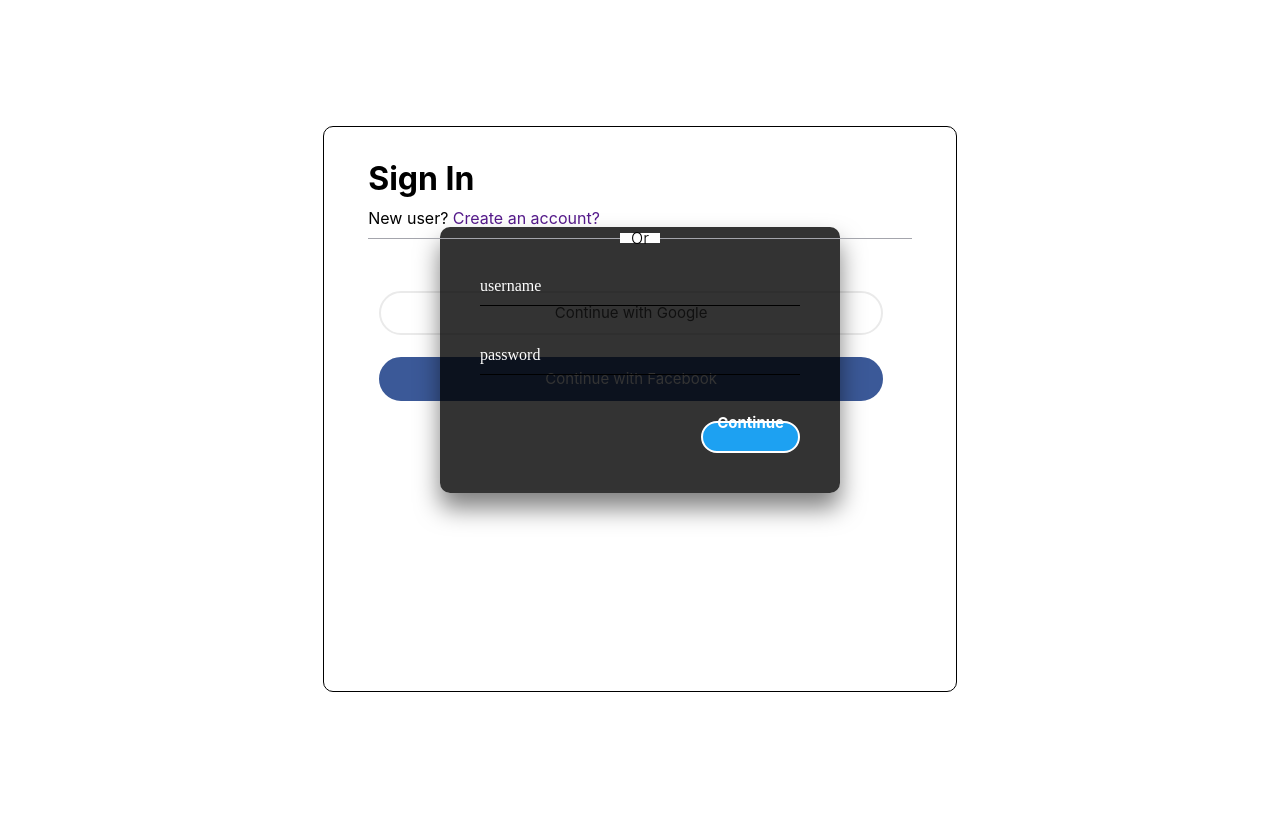
Repository: thangluu93/WereWolf
Page: Template/signIn.html
An editor plug-in stored every save of this project. The page is shown before and after the next save, followed by the edit.
The browser window is 1280 px wide. The pictures show the whole page.

Above is the page before, as saved 2020-01-13 16:59:32.

### Template/signIn.html
<html>

<head>

    <link rel="stylesheet" href="../Stylesheet/signInStyle.css">
</head>

<body id="body1">
    <div class="container" id="container1">
        <div class="containerBody" id="containerBody1">
            <div class="border" id="border1">
                <div class="content" id="content1">
                    <div class="contentHeader">
                        <h1 class="Heading">Sign In</h1>
                        <p class="subHead">New user? <a href="">Create an account?</a></p>
                    </div>
                    <div class="fieldLayout">
                        <div class="box" >
                            <form>
                                <div class="inputBox">
                                    <input type="text" name="" required="">
                                    <label>username</label>
                                </div>
                                <div class="inputBox">
                                    <input type="password" name="" required="">
                                    <label>password</label>
                                </div>
                            </form>
                        <div class="emailContinue">
                            <button class="emailContinueBtn ">
                                <span>Continue</span>
                            </button>
                        </div>
                    </div>
                    <div class="contentFooter">
                        <strong class="line">Or</strong>
                        <div class="socialSignIn" id="socialSignIn1">
                            <a href="" class="googleSignIn">
                                <!-- <svg viewBox="0 0 1152 1152" focusable="false" aria-hidden="true" role="img"
                                class="googleIconSvg">
                                <path
                                    d="M1055.994 594.42a559.973 559.973 0 0 0-8.86-99.684h-458.99V683.25h262.28c-11.298 60.918-45.633 112.532-97.248 147.089v122.279h157.501c92.152-84.842 145.317-209.78 145.317-358.198z"
                                    fill="#4285f4"></path>
                                <path
                                    d="M588.144 1070.688c131.583 0 241.9-43.64 322.533-118.07l-157.5-122.28c-43.64 29.241-99.463 46.52-165.033 46.52-126.931 0-234.368-85.728-272.691-200.919H152.636v126.267c80.19 159.273 245 268.482 435.508 268.482z"
                                    fill="#34a853"></path>
                                <path
                                    d="M315.453 675.94a288.113 288.113 0 0 1 0-185.191V364.482H152.636a487.96 487.96 0 0 0 0 437.724z"
                                    fill="#fbbc05"></path>
                                <path
                                    d="M588.144 289.83c71.551 0 135.792 24.589 186.298 72.88l139.78-139.779C829.821 144.291 719.504 96 588.143 96c-190.507 0-355.318 109.21-435.508 268.482L315.453 490.75c38.323-115.19 145.76-200.919 272.691-200.919z"
                                    fill="#ea4335"></path>
                            </svg> -->
                                <span>Continue with Google</span>
                            </a>
                            <a href="" class="facebookSignIn">
                                <!-- <svg viewBox="0 0 1152 1152" class="facebookIconSvg" aria-hidden="true" data-prefix="fab" data-icon="facebook-f"
                                role="img" xmlns="http://www.w3.org/2000/svg" viewBox="0 0 264 512" data-fa-i2svg="">
                                <path fill="currentColor"
                                    d="M76.7 512V283H0v-91h76.7v-71.7C76.7 42.4 124.3 0 193.8 0c33.3 0 61.9 2.5 70.2 3.6V85h-48.2c-37.8 0-45.1 18-45.1 44.3V192H256l-11.7 91h-73.6v229">
                                </path>
                            </svg> -->
                                <span>Continue with Facebook</span>

                            </a>

                        </div>
                    </div>
                </div>

            </div>
        </div>
    </div>
</body>

</html>

### Stylesheet/signInStyle.css
.containerBody{
    margin: 0;
    padding: 0;
    width: 100%;
}

#containerBody1{
  width: 100%;

}

#content1{

    display: flex;
    flex-direction: column;


}

.content{
    height: 90%;
    padding: 5% 7% 7% 7%;
}

.border{
    width: 50%;
    height: 80%;
}

#border1{
    border: 1px solid black;
    border-radius: 10px;   ;

    margin: 10% auto;
    justify-content: center;
    align-items: center;

}

.socialSignIn a{
    margin: 2%;
    width: 92%;
    height: 2.5rem;
    display: flex;
    align-items: center;
    justify-content: center;
    font-size: 15px;
}

.socialSignIn{
    margin-top: 2rem;
}

#socialSignIn1{
    display: flex;
    flex-direction: column;
}

.googleSignIn,.facebookSignIn,.twitterSignIn{
    border: 2px;
    border-style: solid;
    border-radius: 100px;
}

.subHead{
    margin: 10px 0 0 0;
}

.heading{
    margin: 0;
}

p {
    font-family: adobe-clean,"Source Sans Pro",-apple-system,BlinkMacSystemFont,"Segoe UI",Roboto,sans-serif;
}

h1{
    font-family: adobe-clean,"Source Sans Pro",-apple-system,BlinkMacSystemFont,"Segoe UI",Roboto,sans-serif;
    font-size: 32px;
}

span{
    font-family: adobe-clean,"Source Sans Pro",-apple-system,BlinkMacSystemFont,"Segoe UI",Roboto,sans-serif;
}

a{
    text-decoration: none;
}




.emailContinueBtn{
    display: flex;
    box-shadow: none;
    background-color: #1da1f2;
    color: white;
    border: none;
    outline: none;
    border-width: 2px;
    border-style: solid;
    border-radius: 16px;
    height: 32px;
    min-width: 72px;
    padding: 0 14px 0;
    font-size: 15px;
    font-weight: 700;
    line-height: 0;
    justify-content: center;
}

.emailContinue{
    display: flex;
    align-items: flex-end;
    flex-direction: column;
}

.googleSignIn{
    border-color: #eaeaea;
    color: #505050;
}

.facebookSignIn{
    border-color:#3b5998;
    background-color: #3b5998;
    color: white;
}

.twitterSignIn{
    color: white;
    border-color: #1da1f2;
    background-color: #1da1f2;
}

.line {
    display: flex;
    z-index: 1;
    position: relative;
    width: 100%;
    color: black;
    justify-content: center;
    font-weight: 300;
    font-family: adobe-clean,"Source Sans Pro",-apple-system,BlinkMacSystemFont,"Segoe UI",Roboto,sans-serif
}

.line:before {
    width: 40px;
    height: 10px;
    background-color: white;
    margin-top: -5px;
    margin-left: -20px;
    margin-right: 0px;
    margin-bottom: 0px;
    position: absolute;
    left: 50%;
    top: 50%;
    z-index: -1;
    content: '';
}

.line:after {
    border-bottom: 1px solid #a4a5ac;
    display: block;
    position: absolute;
    top: 49%;
    width: 100%;
    z-index: -2;
    content: '';
}



.inputBox{
    position: relative;
}



.inputBox label{
    position: absolute;
    top: 0;
    left: 0;
    padding: 10px 0;
    font-size: 16px;
    color: black;
    pointer-events: none;
    transition: .5s;
}

.box {
    position: absolute;
    top: 50%;
    left: 50%;
    transform: translate(-50%, -50%);
    width: 400px;
    padding: 40px;
    background: rgba(0,0,0,.8);
    box-sizing: border-box;
    box-shadow: 0 15px 25px rgba(0,0,0,.5);
    border-radius: 10px;
}


.box .inputBox {
    position: relative;
}

.box .inputBox input {
    width: 100%;
    padding: 10px 0;
    font-size: 16px;
    color: black;
    margin-bottom: 30px;
    border: none;
    border-bottom: 1px solid black;
    outline: none;
    background: transparent;
}

.box .inputBox label {
    position: absolute;
    top: 0;
    left: 0;
    padding: 10px 0;
    font-size: 16px;
    color: #fff;
    pointer-events: none;
    transition: .5s;
}

.box .inputBox input:valid ~ label, .box .inputBox input:focus ~ label
 {
    top: -20px;
    left: 0;
    color: #03a9f4;
    font-size: 12px;
}

After the next save:
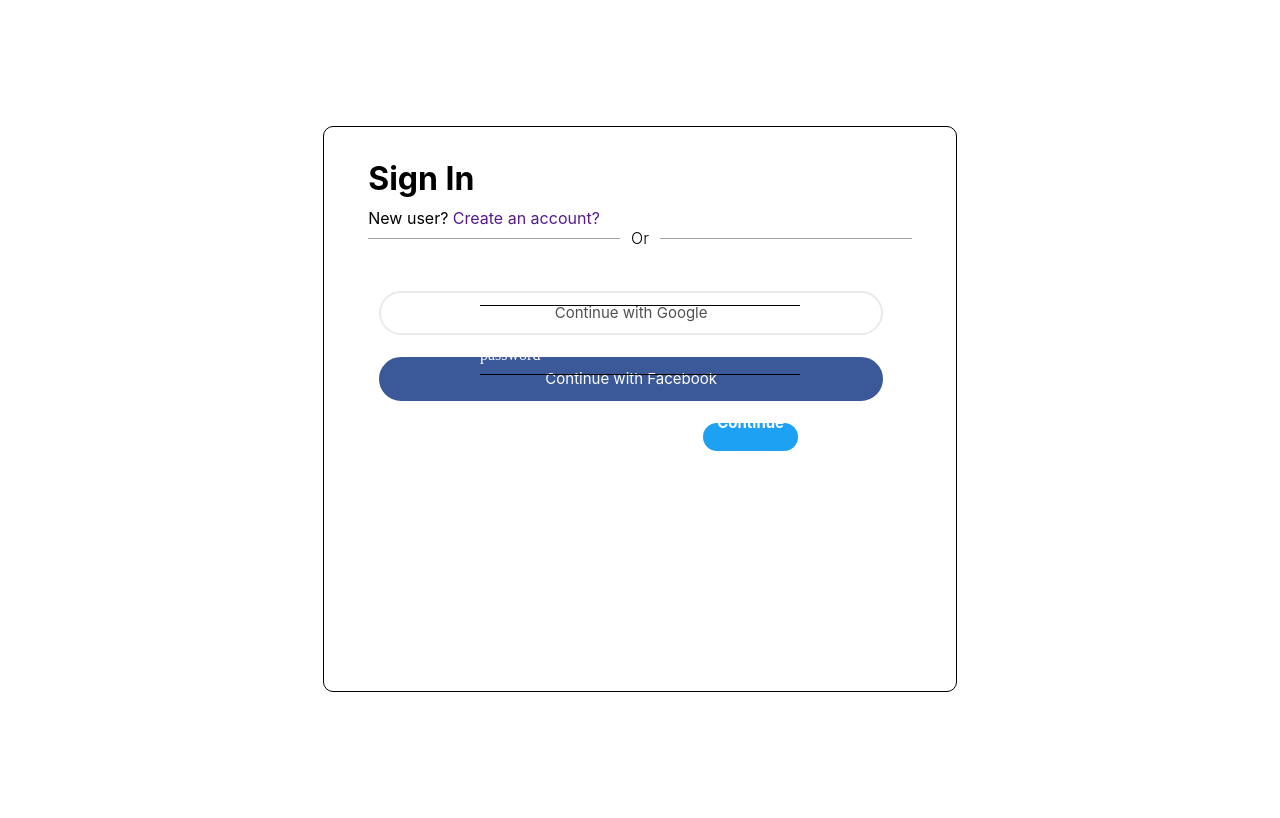
Saved 43 s later.
--- a/Stylesheet/signInStyle.css
+++ b/Stylesheet/signInStyle.css
@@ -194,10 +194,10 @@ a{
     transform: translate(-50%, -50%);
     width: 400px;
     padding: 40px;
-    background: rgba(0,0,0,.8);
+
     box-sizing: border-box;
-    box-shadow: 0 15px 25px rgba(0,0,0,.5);
-    border-radius: 10px;
+
+    border: none;
 }
 
 
